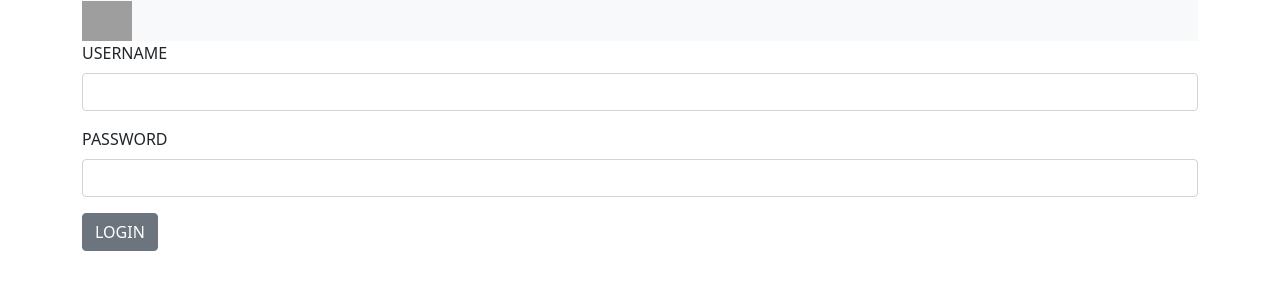
Repository: dilaraozdem1r/BooksApp
Page: /admin
The author's editor kept a copy of each file at every save. The page is drawn from the files as they stood at one save, then again after the next save.
The browser window is 1280 px wide. The pictures show the whole page.
Pictures or frames that could not be fetched are drawn as grey boxes. The page's requests for data from a server got no answer. The project was rebuilt for these pictures with package versions that can differ from the ones it lists, and the page was loaded fresh each time. No one was signed in, and anything a server would have sent is missing. Also part of the build but not shown: src/Components/BookList.js, src/Components/SearchBar.js.

Above is the page before, as saved 2021-08-20 14:38:30.

After the next save:
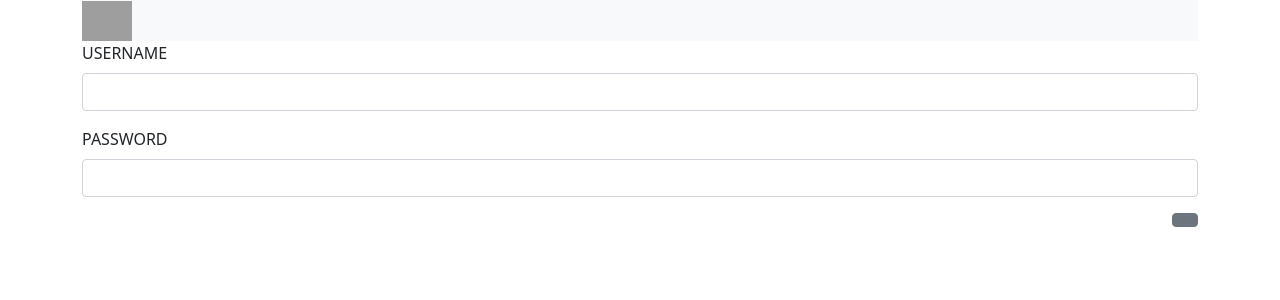
Saved 5 min 57 s later.
--- a/src/Components/Admin.js
+++ b/src/Components/Admin.js
@@ -25,7 +25,11 @@ class Admin extends React.Component {
     <input type="password" class="form-control" id="exampleInputPassword1"/>
   </div>
 
-  <button type="submit" class="btn btn-secondary">LOGIN</button>
+  <Link to="/admin/page"
+                            type="button"
+                            className="btn btn-secondary"
+                            style={{ float: 'right' }}></Link>
+
 </form>
 </div>
 
